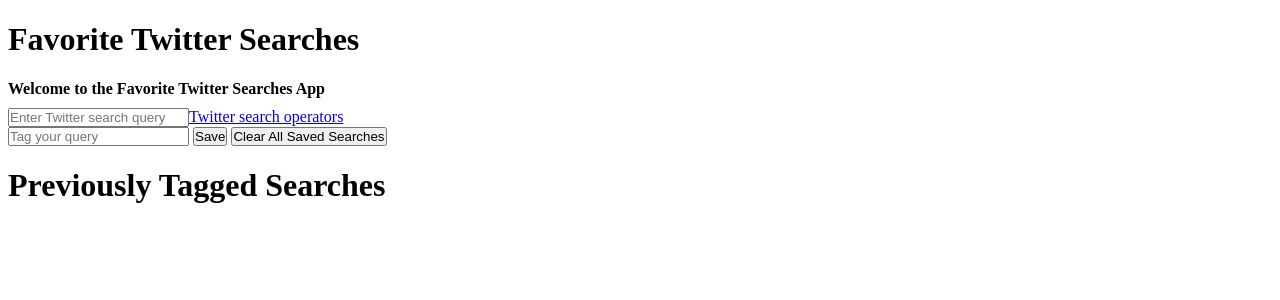
Repository: mlmEFSC21/P19-Favorite-Twitter-Searches
Page: favoriteTwitterSearches.html
These files come from the project's save history. The page is drawn as it stood at one moment and after the next save; the edit follows.
The browser window is 1280 px wide. The pictures show the whole page.

Above is the page before, as saved 2022-04-07 17:47:17.

### favoriteTwitterSearches.html
<!DOCTYPE html>

<!-- Fig. 11.17: FavoriteTwitterSearches.html -->
<!-- Favorite Twitter Searches web application. -->
<html lang="en">
    <head>
        <meta charset="UTF-8" />
        <meta http-equiv="X-UA-Compatible" content="IE=edge" />
        <meta name="viewport" content="width=device-width, initial-scale=1.0" />
        <link rel="stylesheet" href="style.css" />
        <script src="favoriteTwitterSearches.js"></script>
        <title>Twitter Searches</title>
    </head>
    <body>
        <h1>Favorite Twitter Searches</h1>
        <p id="welcomeMessage"></p>
        <form action="#">
            <p>
                <input type="text" id="query" placeholder="Enter Twitter search query" /><a
                    href="https://dev.twitter.com/docs/using-search"
                    >Twitter search operators</a
                >
            </p>
            <p>
                <input type="text" id="tag" placeholder="Tag your query" />
                <input type="button" value="Save" id="saveButton" />
                <input type="button" value="Clear All Saved Searches" id="clearButton" />
            </p>
        </form>
        <h1>Previously Tagged Searches</h1>
        <div id="searches"></div>
    </body>
</html>

### style.css
*,
*::after,
*::before {
    box-sizing: border-box;
    /* margin: 0; */
    padding: 0;
}
p {
    margin: 0px;
}
#welcomeMessage {
    margin-bottom: 10px;
    font-weight: bold;
}

/* list item styles */
span {
    margin-left: 10px;
    display: inline-block;
    width: 100px;
}
li {
    list-style-type: none;
    width: 220px;
}
li:first-child {
    border-top: 1px solid grey;
}
li:nth-child(even) {
    background-color: lightyellow;
    border-bottom: 1px solid grey;
}
li:nth-child(odd) {
    background-color: lightblue;
    border-bottom: 1px solid grey;
}

### favoriteTwitterSearches.js
// Fig. 11.19: FavoriteTwitterSearches.js
// Storing and retrieving key/value pairs using
// HTML5 localStorage and sessionStorage
var tags; //array of tags for queries

// loads previously saved searches and displays them in the page
function loadSearches() {
    if (!sessionStorage.getItem("herePreviously")) {
        sessionStorage.setItem("herePreviously", "true");
        document.getElementById("welcomeMessage").innerHTML =
            "Welcome to the Favorite Twitter Searches App";
    } //end if

    var length = localStorage.length; //number of key/value pairs
    tags = []; //create empty array

    // load all keys
    for (var i = 0; i < length; ++i) {
        tags[i] = localStorage.key(i);
    } // end for

    tags.sort(); // sort the keys

    var markup = "<ul>"; // used to store search link markup
    var url = "http://search.twitter.com/search?q=";

    //build list of links
    for (var tag in tags) {
        var query = url + localStorage.getItem(tags[tag]);
        markup +=
            "<li><span><a href = '" +
            query +
            "'>" +
            tags[tag] +
            "</a></span>" +
            "<input id = '" +
            tags[tag] +
            "' type = 'button' " +
            "value = 'Edit' onclick = 'editTag(id)'>" +
            "<input id = '" +
            tags[tag] +
            "' type = 'button' " +
            "value = 'Delete' onclick = 'deleteTag(id)'>";
    } // end for

    markup += "</ul>";
    document.getElementById("searches").innerHTML = markup;
} //end function loadSearches

//deletes all key/value pairs from localStorage
function clearAllSearches() {
    localStorage.clear();
    loadSearches(); // reload searches
} //end function clearAllSearches

//saves a newly tagged search into localStorage
function saveSearch() {
    var query = document.getElementById("query");
    var tag = document.getElementById("tag");
    localStorage.setItem(tag.value, query.value);
    tag.value = ""; //clear tag input
    query.value = ""; //clear query input
    loadSearches(); // reload searches
} // end function saveSearch

//delete a specific key/value pair from localStorage
function deleteTag(tag) {
    localStorage.removeItem(tag);
    loadSearches(); // reload searches
} // end function deleteTag

//display existing tagged query for editing
function editTag(tag) {
    document.getElementById("query").value = localStorage[tag];
    document.getElementById("tag").value = tag;
    loadSearches(); // reload searches
} // end function editTag

//register event handlers then load searches
function start() {
    var saveButton = document.getElementById("saveButton");
    saveButton.addEventListener("click", saveSearch, false);
    var clearButton = document.getElementById("clearButton");
    clearButton.addEventListener("click", clearAllSearches, false);
    loadSearches(); // load the previously saved searches
} // end function start

window.addEventListener("load", start, false);

After the next save:
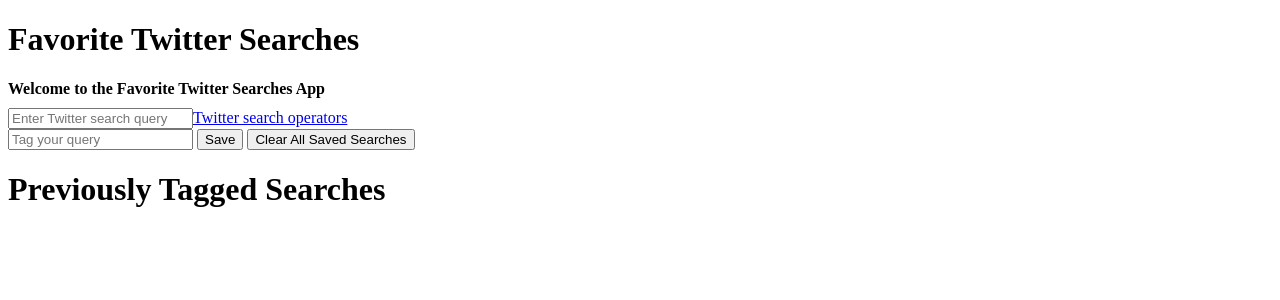
Saved 5 s later.
--- a/style.css
+++ b/style.css
@@ -3,7 +3,7 @@
 *::before {
     box-sizing: border-box;
     /* margin: 0; */
-    padding: 0;
+    /* padding: 0; */
 }
 p {
     margin: 0px;

After the save that followed:
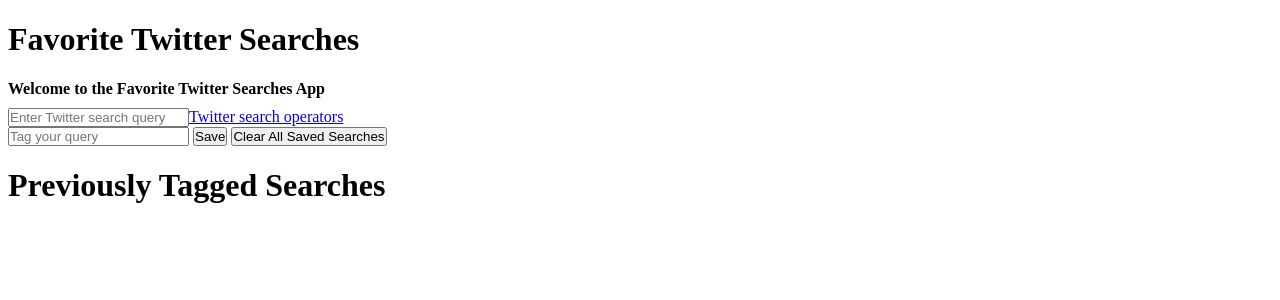
Saved 5 s later.
--- a/style.css
+++ b/style.css
@@ -3,7 +3,7 @@
 *::before {
     box-sizing: border-box;
     /* margin: 0; */
-    /* padding: 0; */
+    padding: 0;
 }
 p {
     margin: 0px;
